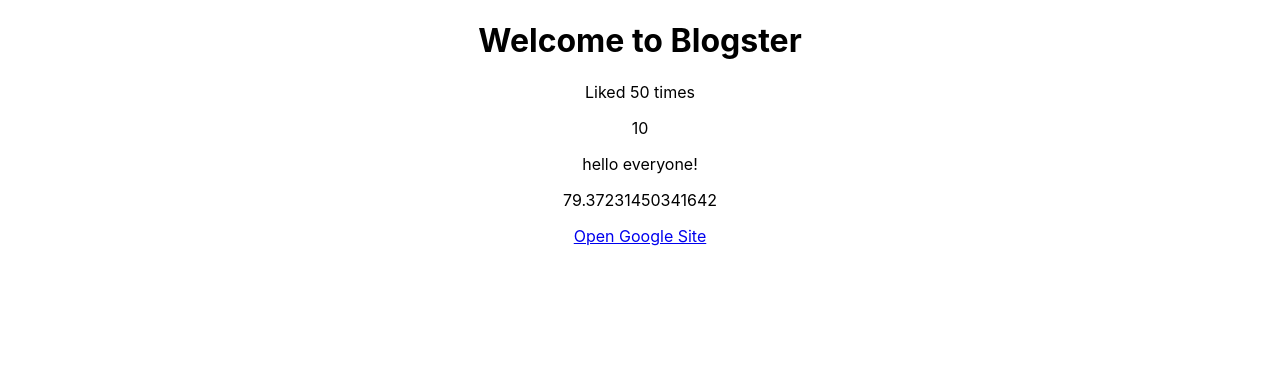
Repository: anuragkej/blogster
Page: /
An editor plug-in stored every save of this project. The page is shown before and after the next save, followed by the edit.
The browser window is 1280 px wide. The pictures show the whole page.
The project was rebuilt for these pictures with package versions that can differ from the ones it lists, and the page was loaded fresh each time.

Above is the page before, as saved 2024-08-21 02:06:35.

After the next save:
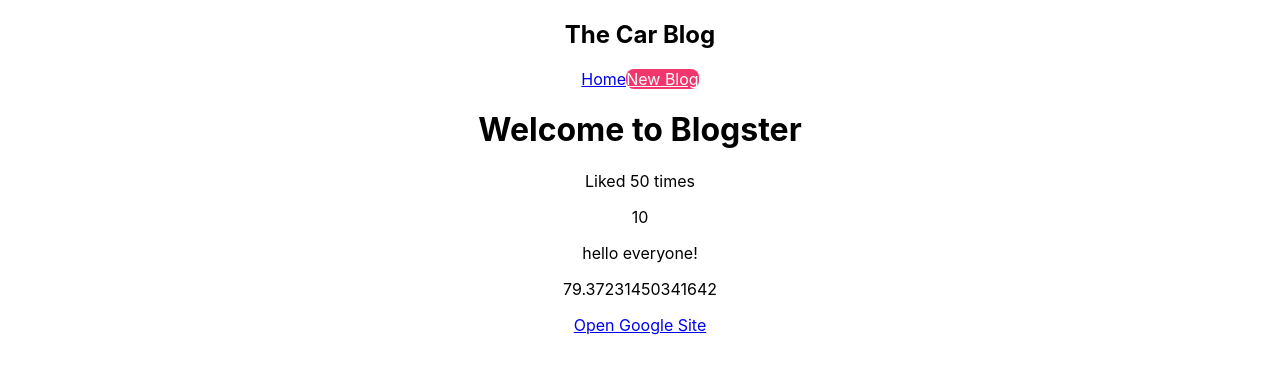
Saved 24 s later.
--- a/src/App.js
+++ b/src/App.js
@@ -10,6 +10,7 @@
 
   return (
     <div className="App">
+      <Navbar></Navbar>
       <div className="content">
         <h1>{title}</h1>
         <p>Liked {likes} times</p>
